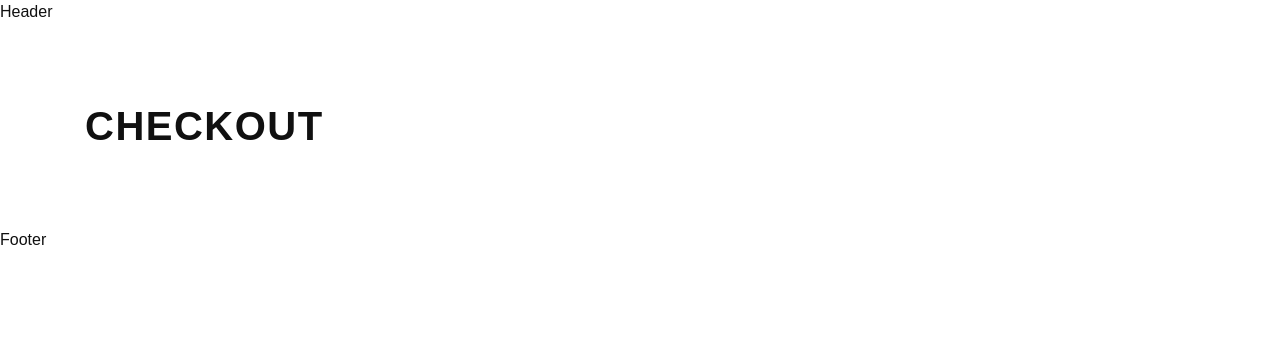
Repository: blordeus/audiophile-ecommerce
Page: /checkout
The author's editor kept a copy of each file at every save. The page is drawn from the files as they stood at one save, then again after the next save.
The browser window is 1280 px wide. The pictures show the whole page.
The project was rebuilt for these pictures with package versions that can differ from the ones it lists, and the page was loaded fresh each time. Also part of the build but not shown: vite.config.js, src/pages/HomePage.jsx, src/pages/CategoryPage.jsx, src/pages/ProductPage.jsx, src/pages/NotFoundPage.jsx.

Above is the page before, as saved 2026-03-08 15:47:11.

### index.html
<!doctype html>
<html lang="en">
  <head>
    <meta charset="UTF-8" />
    <link rel="icon" type="image/svg+xml" href="/vite.svg" />
    <meta name="viewport" content="width=device-width, initial-scale=1.0" />
    <title>audiophile-ecommerce</title>
  </head>
  <body>
    <div id="root"></div>
    <script type="module" src="/src/main.jsx"></script>
  </body>
</html>

### src/main.jsx
import React from "react";
import ReactDOM from "react-dom/client";
import { BrowserRouter } from "react-router-dom";
import App from "./App";
import "./index.css";
import "./styles/globals.css";
import "./styles/typography.css";

ReactDOM.createRoot(document.getElementById("root")).render(
  <React.StrictMode>
    <BrowserRouter>
      <App />
    </BrowserRouter>
  </React.StrictMode>
);

### src/App.jsx
import AppRouter from "./routes/AppRouter";
import { CartProvider } from "./context/CartContext";

function App() {
  return (
    <CartProvider>
      <AppRouter />
    </CartProvider>
  );
}

export default App;

### src/styles/globals.css
:root {
  --color-primary: #d87d4a;
  --color-primary-light: #fbaf85;
  --color-black: #101010;
  --color-pure-black: #000000;
  --color-gray: #f1f1f1;
  --color-light-gray: #fafafa;
  --color-white: #ffffff;
  --color-error: #cd2c2c;
}

html {
  scroll-behavior: smooth;
}

body {
  min-width: 320px;
  font-family: "Manrope", sans-serif;
  background: var(--color-white);
  color: var(--color-black);
}

img {
  display: block;
  max-width: 100%;
}

button,
input,
textarea,
select {
  font: inherit;
}

### src/styles/typography.css
@layer components {
  .heading-1 {
    font-size: 3.5rem;
    line-height: 3.625rem;
    font-weight: 700;
    letter-spacing: 0.125rem;
    text-transform: uppercase;
  }

  .heading-2 {
    font-size: 2.5rem;
    line-height: 2.75rem;
    font-weight: 700;
    letter-spacing: 0.09375rem;
    text-transform: uppercase;
  }

  .heading-3 {
    font-size: 2rem;
    line-height: 2.25rem;
    font-weight: 700;
    letter-spacing: 0.07125rem;
    text-transform: uppercase;
  }

  .heading-4 {
    font-size: 1.75rem;
    line-height: 2.375rem;
    font-weight: 700;
    letter-spacing: 0.125rem;
    text-transform: uppercase;
  }

  .heading-5 {
    font-size: 1.5rem;
    line-height: 2.0625rem;
    font-weight: 700;
    letter-spacing: 0.10625rem;
    text-transform: uppercase;
  }

  .heading-6 {
    font-size: 1.125rem;
    line-height: 1.5rem;
    font-weight: 700;
    letter-spacing: 0.080625rem;
    text-transform: uppercase;
  }

  .body-text {
    font-size: 0.9375rem;
    line-height: 1.5625rem;
    font-weight: 500;
  }

  .overline {
    font-size: 0.875rem;
    line-height: 1.1875rem;
    font-weight: 400;
    letter-spacing: 0.625rem;
    text-transform: uppercase;
  }

  .subtitle {
    font-size: 0.8125rem;
    line-height: 1.5625rem;
    font-weight: 700;
    letter-spacing: 0.0625rem;
    text-transform: uppercase;
  }
}

### src/routes/AppRouter.jsx
import { Routes, Route } from "react-router-dom";
import HomePage from "../pages/HomePage";
import CategoryPage from "../pages/CategoryPage";
import ProductPage from "../pages/ProductPage";
import CheckoutPage from "../pages/CheckoutPage";
import NotFoundPage from "../pages/NotFoundPage";

function AppRouter() {
  return (
    <Routes>
      <Route path="/" element={<HomePage />} />
      <Route path="/category/:category" element={<CategoryPage />} />
      <Route path="/product/:slug" element={<ProductPage />} />
      <Route path="/checkout" element={<CheckoutPage />} />
      <Route path="*" element={<NotFoundPage />} />
    </Routes>
  );
}

export default AppRouter;

### src/context/CartContext.jsx
import { createContext, useEffect, useMemo, useState } from "react";

export const CartContext = createContext(null);

const CART_STORAGE_KEY = "audiophile-cart";

export function CartProvider({ children }) {
  const [cartItems, setCartItems] = useState(() => {
    const savedCart = localStorage.getItem(CART_STORAGE_KEY);
    return savedCart ? JSON.parse(savedCart) : [];
  });

  useEffect(() => {
    localStorage.setItem(CART_STORAGE_KEY, JSON.stringify(cartItems));
  }, [cartItems]);

  function addToCart(product, quantity) {
    setCartItems((prevItems) => {
      const existingItem = prevItems.find((item) => item.id === product.id);

      if (existingItem) {
        return prevItems.map((item) =>
          item.id === product.id
            ? { ...item, quantity: item.quantity + quantity }
            : item
        );
      }

      return [
        ...prevItems,
        {
          id: product.id,
          name: product.name,
          slug: product.slug,
          price: product.price,
          image: product.image,
          quantity,
        },
      ];
    });
  }

  function updateQuantity(id, quantity) {
    setCartItems((prevItems) =>
      prevItems
        .map((item) => (item.id === id ? { ...item, quantity } : item))
        .filter((item) => item.quantity > 0)
    );
  }

  function removeFromCart(id) {
    setCartItems((prevItems) => prevItems.filter((item) => item.id !== id));
  }

  function clearCart() {
    setCartItems([]);
  }

  const cartCount = useMemo(
    () => cartItems.reduce((total, item) => total + item.quantity, 0),
    [cartItems]
  );

  const productTotal = useMemo(
    () => cartItems.reduce((total, item) => total + item.price * item.quantity, 0),
    [cartItems]
  );

  const shipping = cartItems.length ? 50 : 0;
  const vat = Math.round(productTotal * 0.2);
  const grandTotal = productTotal + shipping;

  const value = {
    cartItems,
    addToCart,
    updateQuantity,
    removeFromCart,
    clearCart,
    cartCount,
    productTotal,
    shipping,
    vat,
    grandTotal,
  };

  return <CartContext.Provider value={value}>{children}</CartContext.Provider>;
}

### src/pages/CheckoutPage.jsx
import SiteLayout from "../components/layout/SiteLayout";
import PageContainer from "../components/layout/PageContainer";

function CheckoutPage() {
  return (
    <SiteLayout>
      <PageContainer className="py-20">
        <h1 className="heading-2">Checkout</h1>
      </PageContainer>
    </SiteLayout>
  );
}

export default CheckoutPage;

### src/components/layout/SiteLayout.jsx
import Header from "./Header";
import Footer from "./Footer";

function SiteLayout({ children }) {
  return (
    <div className="min-h-screen bg-white text-black">
      <Header />
      <main>{children}</main>
      <Footer />
    </div>
  );
}

export default SiteLayout;

### src/components/layout/PageContainer.jsx
function PageContainer({ children, className = "" }) {
  return (
    <div className={`mx-auto w-full max-w-[1110px] px-6 md:px-10 xl:px-0 ${className}`}>
      {children}
    </div>
  );
}

export default PageContainer;

### src/components/layout/Header.jsx
function Header() {
  return <header>Header</header>;
}

export default Header;

### src/components/layout/Footer.jsx
function Footer() {
  return <footer>Footer</footer>;
}

export default Footer;

### src/data/navigation.js
export const primaryNavLinks = [
  { label: "Home", href: "/" },
  { label: "Headphones", href: "/category/headphones" },
  { label: "Speakers", href: "/category/speakers" },
  { label: "Earphones", href: "/category/earphones" },
];

Loaded but not shown: src/index.css (common file)

After the next save:
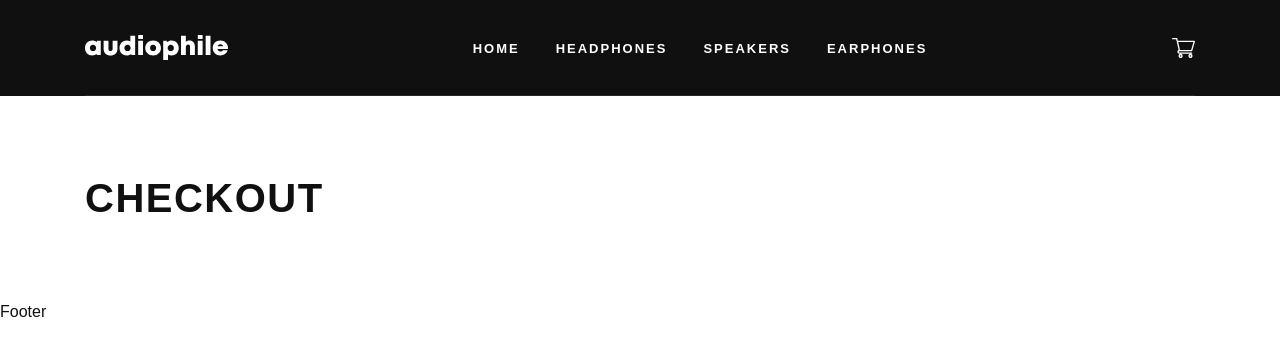
Saved 102 s later.
--- a/src/components/layout/Header.jsx
+++ b/src/components/layout/Header.jsx
@@ -1,5 +1,52 @@
+import { Link, NavLink } from "react-router-dom";
+import PageContainer from "./PageContainer";
+import { primaryNavLinks } from "../../data/navigation";
+
 function Header() {
-  return <header>Header</header>;
+  return (
+    <header className="bg-[#101010] text-white">
+      <PageContainer>
+        <div className="flex h-24 items-center justify-between border-b border-white/10">
+          <div className="flex items-center gap-10">
+            <button
+              type="button"
+              aria-label="Open menu"
+              className="flex lg:hidden"
+            >
+              <img src="/src/assets/icons/icon-hamburger.svg" alt="" />
+            </button>
+
+            <Link to="/" className="shrink-0">
+              <img src="/src/assets/icons/logo.svg" alt="Audiophile" />
+            </Link>
+          </div>
+
+          <nav className="hidden lg:block" aria-label="Primary navigation">
+            <ul className="flex items-center gap-9">
+              {primaryNavLinks.map((link) => (
+                <li key={link.href}>
+                  <NavLink
+                    to={link.href}
+                    className={({ isActive }) =>
+                      `text-[13px] font-bold uppercase tracking-[2px] transition-colors ${
+                        isActive ? "text-[#D87D4A]" : "text-white hover:text-[#D87D4A]"
+                      }`
+                    }
+                  >
+                    {link.label}
+                  </NavLink>
+                </li>
+              ))}
+            </ul>
+          </nav>
+
+          <button type="button" aria-label="Open cart" className="shrink-0">
+            <img src="/src/assets/icons/icon-cart.svg" alt="" />
+          </button>
+        </div>
+      </PageContainer>
+    </header>
+  );
 }
 
 export default Header;
